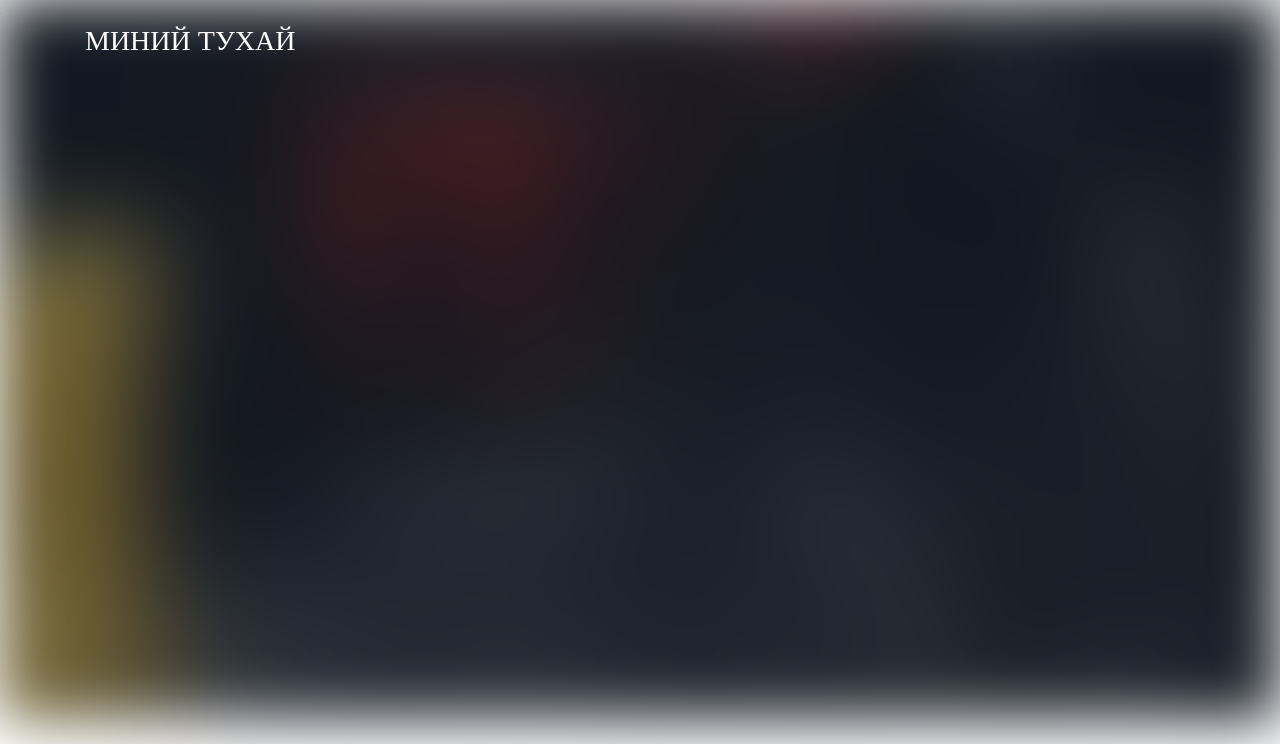
Repository: Yondo202/svProject
Page: /
These files come from the project's save history. The page is drawn as it stood at one moment and after the next save; the edit follows.
The browser window is 1280 px wide. The pictures show the whole page.
The project was rebuilt for these pictures with package versions that can differ from the ones it lists, and the page was loaded fresh each time. The framework's server and built-in components were replaced by stand-ins that run in the browser. Also part of the build but not shown: next.config.js, style/style.scss.

Above is the page before, as saved 2020-11-18 21:31:38.

### pages/_app.js
import React from "react";
import App from "next/app";
import '../style/style.scss'
import { AnimatePresence } from "framer-motion";
import { MenuProvider } from "@/miscs/ContextMenuProvider";
import { ThemeProvider } from "styled-components";
import * as theme from "@/miscs/theme";
import checkLanguage from "@/components/miscs/checkLanguage";

const base = "http://localhost:1337";

class MyApp extends App {
    state = {
        menu: [],
        completelyLoaded: false,
    };
    // async componentDidMount() {
    //     let res = await checkLanguage(queryString, null);
    //     this.setState({ completelyLoaded: true, menu: res.data.menu.Main});
    // }

    render() {
        const { Component, pageProps, router } = this.props;

        return (
            <ThemeProvider theme={theme}>
                <MenuProvider value={this.state}>
                    <AnimatePresence exitBeforeEnter>
                        <Component {...pageProps} key={router.route} />
                    </AnimatePresence>
                </MenuProvider>
            </ThemeProvider>
        );
    }
}

export default MyApp;

const queryString = ``

// const queryString = `
// {
// menu {
//     Main {
//     Title Slug Page {
//         Slug
//         }
//         }
//     }
// }`;

### pages/_document.js
import css from '../style/style.scss'
import Document, { Html, Head, Main, NextScript } from 'next/document'
import Pixel from "@/components/miscs/Pixel";

class MyDocument extends Document {
    render(){
        return(
            <Html lang="mn">
                <Head>
                    <link rel="stylesheet" href="https://stackpath.bootstrapcdn.com/bootstrap/4.3.1/css/bootstrap.min.css" integrity="sha384-ggOyR0iXCbMQv3Xipma34MD+dH/1fQ784/j6cY/iJTQUOhcWr7x9JvoRxT2MZw1T" crossOrigin="anonymous"/>
                    <link rel="shortcut icon" href="/img/ico.png" />
                    <link href="https://fonts.googleapis.com/css2?family=Roboto:wght@300;400;700&display=swap" rel="stylesheet"/>
                    <link href="https://fonts.googleapis.com/css2?family=Poppins:wght@300;400;500&display=swap" rel="stylesheet"></link>
                    <Pixel/>
                </Head>
                <body>
                    <Main/>
                    <NextScript/>
                </body>
            </Html>
        )
    }
}

export default MyDocument

### pages/index.js
import React from "react";
import { motion } from "framer-motion";
import Background from '../components/Top'
import Forms from '../components/Forms'

function index() {
    return (
        <div>
            <Background />
            <Forms />
        </div>
    )
}

export default index




























// import Root from "@/core/Root";
// import ResolveComponent from "@/components/dynamic/ResolveComponent"
// import checkLanguage from "@/components/miscs/checkLanguage";
// import { MenuContext } from '@/miscs/ContextMenuProvider'
// import { useContext } from "react";

// const Index = ({ data }) => {

//     let { Layout } = data
//     const { completelyLoaded } = useContext(MenuContext);

//     return (
//         <motion.div exit={{ opacity: 0 }} initial={{ opacity: 0 }} animate={{ opacity: 1 }} >
//             <Root noFooter>
//                 {completelyLoaded &&
//                     <ResolveComponent data={Layout} />
//                 }
//             </Root>
//         </motion.div>
//     );

// };
// export default Index;

// export async function getServerSideProps({ params, req }) {
//     let res = await checkLanguage('/home', req, true);
//     return { props: { data: res.data } }
// }

### components/miscs/ContextMenuProvider.js
import React from 'react';

const MenuContext = React.createContext();

const MenuProvider = MenuContext.Provider
const MenuConsumer = MenuContext.Consumer

export {MenuProvider, MenuConsumer, MenuContext}

### components/miscs/theme.js
export const colorOne = "#532532";
export const colorTwo = "#123123";
export const fontSize = "16px";
export const fontFamily1 = "Poppins', sans-serif"

### components/miscs/checkLanguage.js
import fetch from "node-fetch";
import parseCookies from '@/miscs/parseCookies';

const checkLanguage = async (queryString, req, normal) =>{

    const cookies = parseCookies(req);
    const httpObject = { method: 'post', headers: { 'Content-Type': 'application/json'}, body: JSON.stringify({ query: `query ${queryString}`})}

    if(normal){
        return new Promise(async(resolve, reject) => {
            if(cookies['tb-lang'] === "en"){
                const res = await fetch(`http://localhost:1337${queryString}`);
                const pageData = await res.json();
                return resolve({data: pageData});
            }
            else{
                const res = await fetch(`http://localhost:1337${queryString}`);
                const pageData = await res.json();
                return resolve({data: pageData});
            }
        })
    }

    return new Promise(async(resolve, reject)=>{
      if(cookies['tb-lang'] === "en"){
          const res = await fetch('http://localhost:1337/graphql', httpObject)
          const pageData = await res.json()
          return resolve({data: pageData.data});
      }
      else{
          const res = await fetch('http://localhost:1337/graphql', httpObject)
          const pageData = await res.json()
          return resolve({data: pageData.data});
      }
    })

}

export default checkLanguage

### components/miscs/Pixel.js
import React from "react";

export default () => (
    <React.Fragment>
        <script
            dangerouslySetInnerHTML={{
                __html: `!function(f,b,e,v,n,t,s){if(f.fbq)return;n=f.fbq=function(){n.callMethod?n.callMethod.apply(n,arguments):n.queue.push(arguments)};if(!f._fbq)f._fbq=n;n.push=n;n.loaded=!0;n.version='2.0';n.queue=[];t=b.createElement(e);t.async=!0;t.src=v;s=b.getElementsByTagName(e)[0];s.parentNode.insertBefore(t,s)}(window,document,'script','https://connect.facebook.net/en_US/fbevents.js');fbq('init', '626874991348714'); fbq('track', 'PageView');`,
            }}
        />
        <noscript
            dangerouslySetInnerHTML={{
                __html: `<img height="1" width="1" src="https://www.facebook.com/tr?id=626874991348714&ev=PageView&noscript=1"/>`,
            }}
        />
    </React.Fragment>
);

### components/Top.js
// import React from 'react';

// const Test = ({data}) => {
//     return (
//         <div>
//             {data.Title && <h1>{data.Title}hahhaha</h1>}
//         </div>
//     );
// };

// export default Test;

import React from 'react'
import styled from 'styled-components'
function top({data}) {
    return (
        // <Conainer style={{backgroundImage: `url("https://jevelin.shufflehound.com/business/wp-content/uploads/sites/39/2019/11/Rectangle-1-copy-7.jpg?id=10")`}}>
        <Conainer style={{backgroundImage:"url('/img/Blur.png')"}}>
            {/* <img src="/img/Blur.png"/> */}
        </Conainer>
    )
}

export default top


const Conainer = styled.div`
    color:white;
    background-size: cover;
    background-position:center center;
    min-height: 80vh;
    max-height: 100vh;
    height: 100vh;
    width: 100%;
    position: fixed;
    top:0;
    z-index: -2;
    filter:blur(30px);
`

### components/Forms.js
import React from 'react'
import styled from 'styled-components'
import Modal from 'react-modal';


const customStyles = {
    content : {
      top                   : '50%',
      left                  : '50%',
      right                 : 'auto',
      bottom                : 'auto',
      marginRight           : '-50%',
      transform             : 'translate(-50%, -50%)'
    }
  };

function Forms() {

    var subtitle;
    const [modalIsOpen,setIsOpen] = React.useState(false);
    function openModal() {
      setIsOpen(true);
    }
    function afterOpenModal() {
        // references are now sync'd and can be accessed.
        subtitle.style.color = '#0E3232';
      }

    function closeModal(){
    setIsOpen(false);
    }

    return (
        <Conainer  className="container">

          <div className="Header">
              <h3>МИНИЙ ТУХАЙ</h3>
          </div>

        {/* <div>
            <button onClick={openModal}>Open Modal</button>
                <Modal
                    isOpen={modalIsOpen}
                    onAfterOpen={afterOpenModal}
                    onRequestClose={closeModal}
                    style={customStyles}
                    contentLabel="Example Modal"
                >
                    <h2 ref={_subtitle => (subtitle = _subtitle)}>Hello</h2>
                    <button onClick={closeModal}>close</button>
                    <div>I am a modal</div>
                    <div>I am a modal</div>
                    <div>I am a modal</div>
                    <div>I am a modal</div>
                    <div>I am a modal</div>
                    <div>I am a modal</div>
                    <form>
                    <input />
                    <button>tab navigation</button>
                    <button>stays</button>
                    <button>inside</button>
                    <button>the modal</button>
                    </form>
                </Modal>
        </div> */}
        </Conainer>
    )
}

export default Forms


const Conainer = styled.div`
    color: white;
    height:100vh;
    // margin-top:5vh;
    border-radius:8px;
    z-index:0;
    font-family: "Poppins', sans-serif";

`

### components/miscs/parseCookies.js
import cookie from 'cookie'

export default function parseCookies(req) {
    return cookie.parse(req ? req.headers.cookie || "" : document.cookie);
}

After the next save:
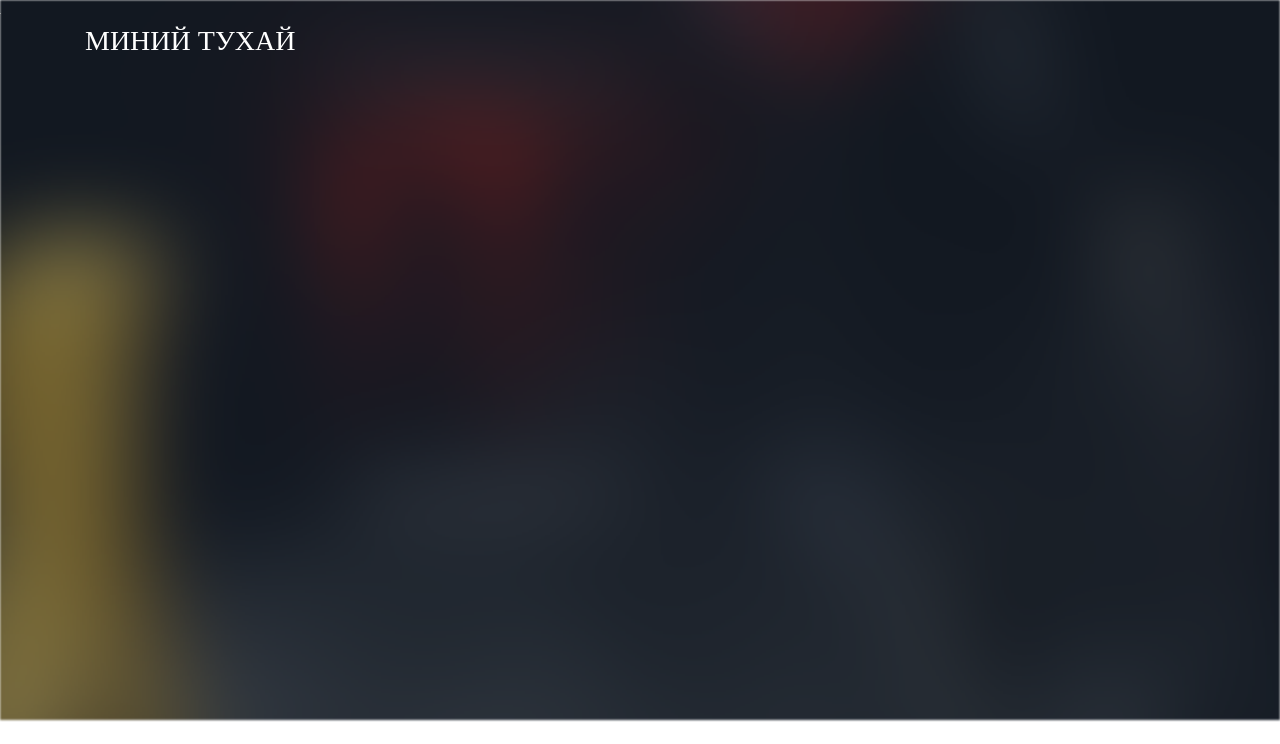
Saved 12 s later.
--- a/components/Top.js
+++ b/components/Top.js
@@ -35,5 +35,5 @@ const Conainer = styled.div`
     position: fixed;
     top:0;
     z-index: -2;
-    filter:blur(30px);
+    filter:blur(1px);
 `
